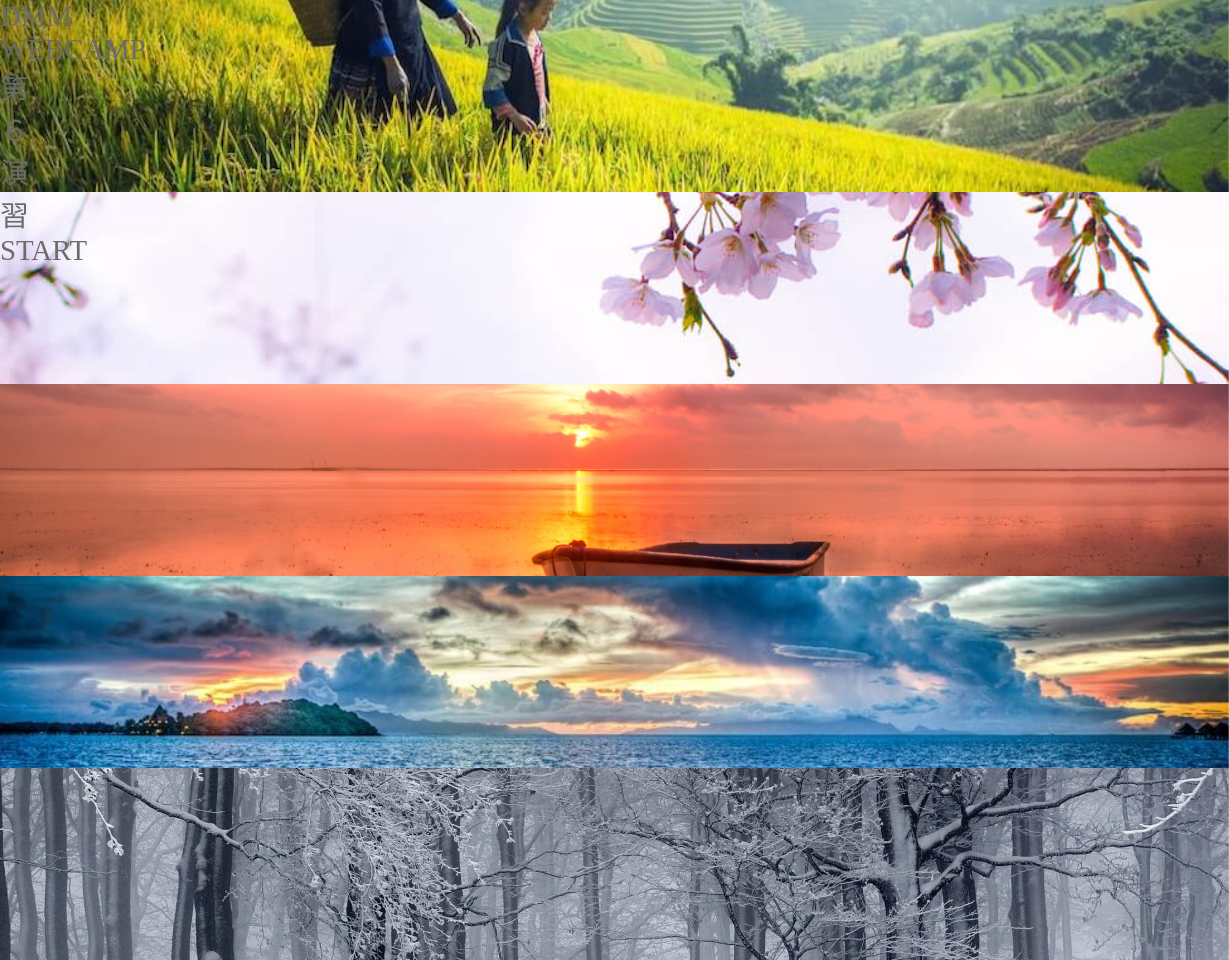
Repository: daisuketoyota/dmmwebxamp-toyota
Page: infratop/index.html
The author's editor kept a record of every edit. The page is drawn from the files as they stood at one moment, then again after the next edit.
The browser window is 1280 px wide. The pictures show the whole page, at 96% of full size.

Above is the page before.

### infratop/index.html
<!DOCTYPE html>
<html lang="jp">
    <head>
       <meta charset="UTF-8" />
       <link rel="stylesheet" href="style.css" type="text/css" />
       <title>第６演習</title>
    </head>

    <body>
        <div class="dmm">
            <p class="dmmtext">
            DMM WEBCAMP<br />
            第６演習<br />
            START
            </p>
        </div>
        <div class="asia"></div>
        <div class="asia2"></div>
        <div class="asia3"></div>
        <div class="asia4"></div>
    </body>
</html>

### infratop/style.css
* {
  margin: 0;
  padding: 0;
  box-sizing: border-box;
  color: #6c6b6b;
}

.dmm{
    height:200px;
    background-image: url(img/asia.jpg);
    background-size: cover;
    background-position: center;
}

.dmmtext{
    height: 150px;
    width: 50px;
    font-size: 30px;
}

.asia{
  height: 200px;
  background-image: url(img/japan.jpg);
  background-size: cover;
  background-position: center;
}

.asia2{
    height: 200px;
  background-image: url(img/sunset.jpg);
  background-size: cover;
  background-position: center;
}

.asia3{
    height: 200px;
  background-image: url(img/mv.jpg);
  background-size: cover;
  background-position: center;
}

.asia4{
    height: 200px;
  background-image: url(img/snow.jpg);
  background-size: cover;
  background-position: center;
}

After the next edit:
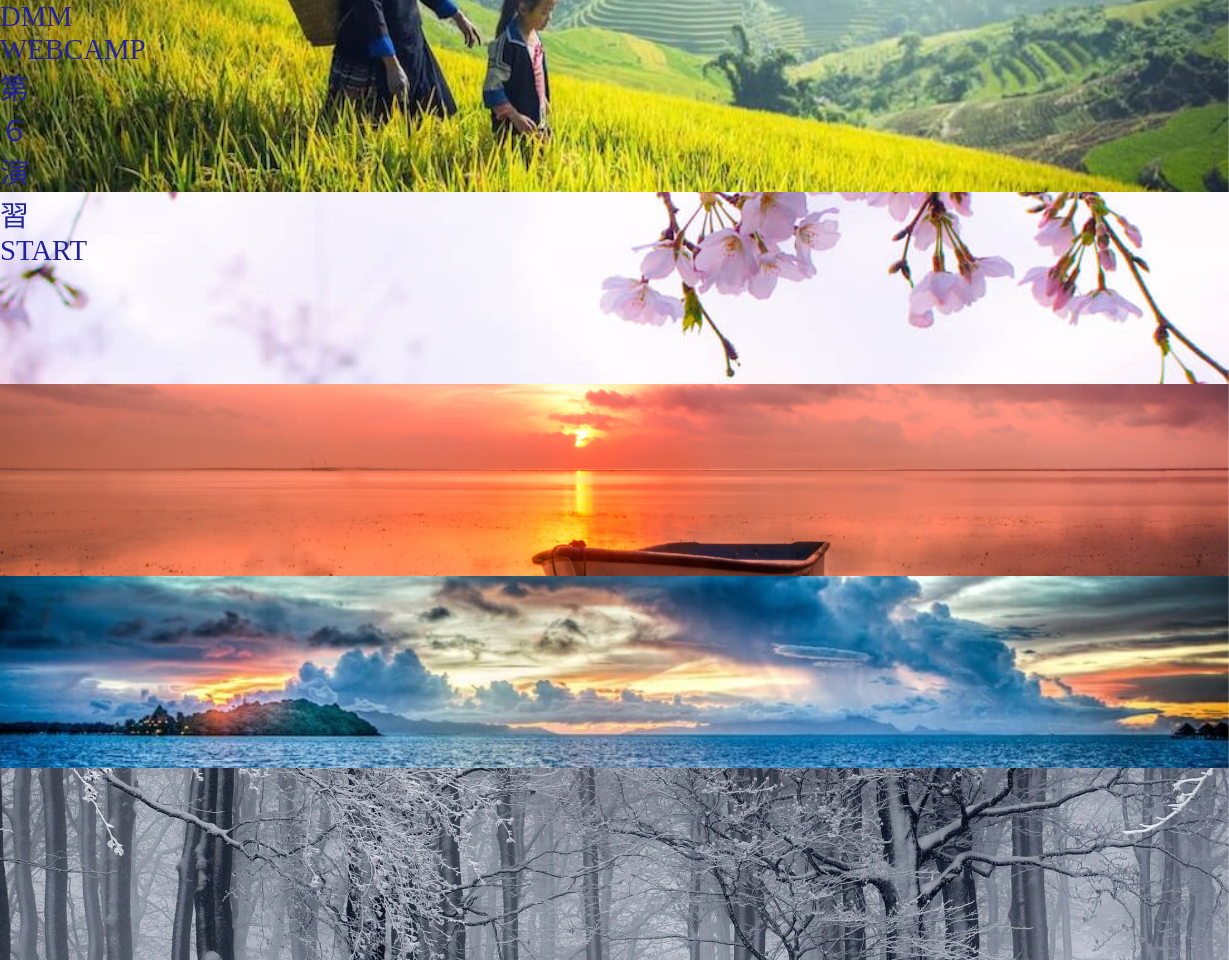
The edit:
--- a/infratop/style.css
+++ b/infratop/style.css
@@ -16,6 +16,7 @@
     height: 150px;
     width: 50px;
     font-size: 30px;
+    color: #229;
 }
 
 .asia{
